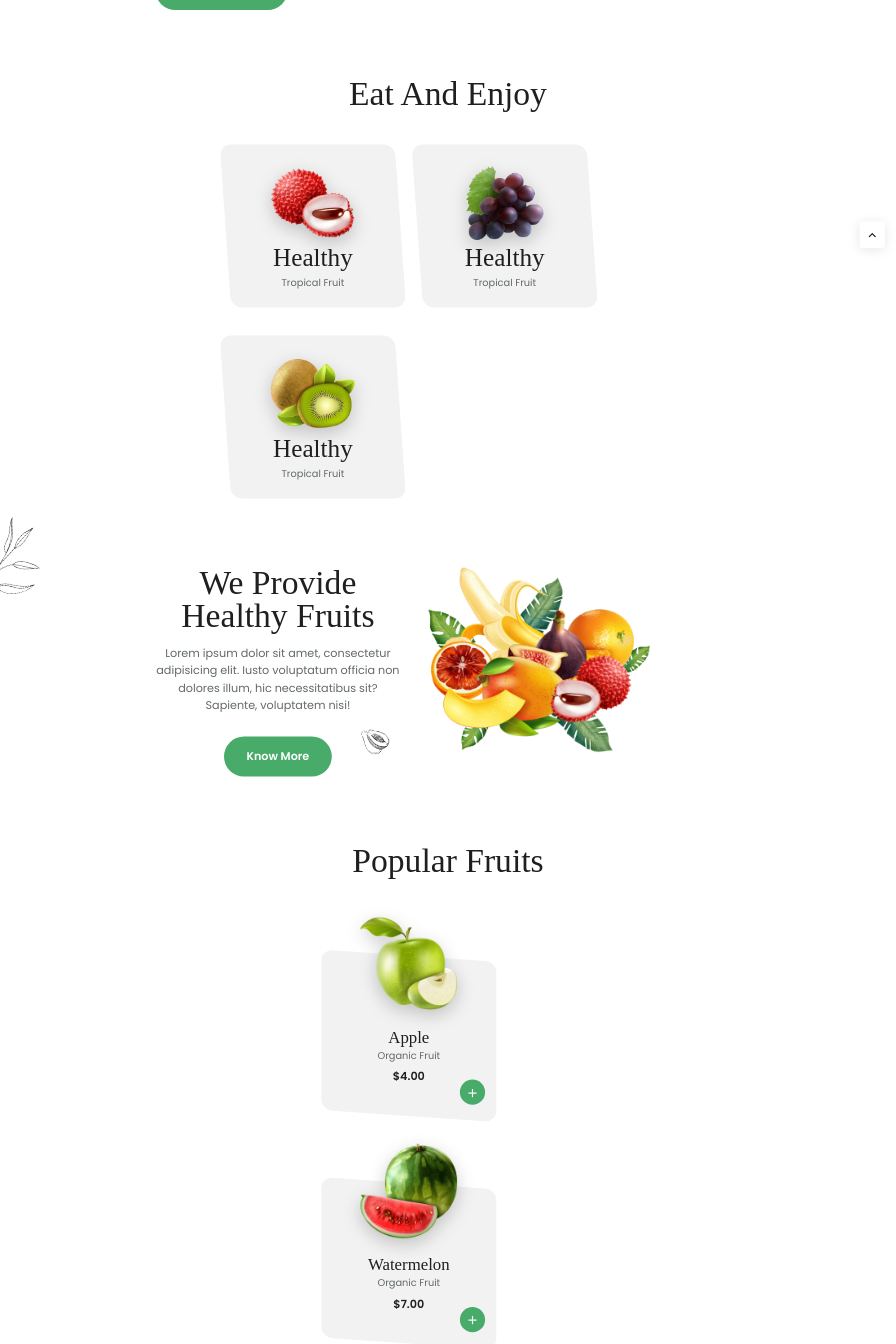
Repository: dinhhaidh/fruit
Page: index.html
An editor plug-in stored every save of this project. The page is shown before and after the next save, followed by the edit.
The browser window is 1280 px wide. The pictures show the part of the page from y = 725 to 2645 px (the page is 5044 px tall), at 70% of full size.
Some web fonts or font styles are not loaded; a fallback is used.

Above is the page before, as saved 2024-02-19 16:30:42.
Console error: ReferenceError: ScrollReveal is not defined

After the next save:
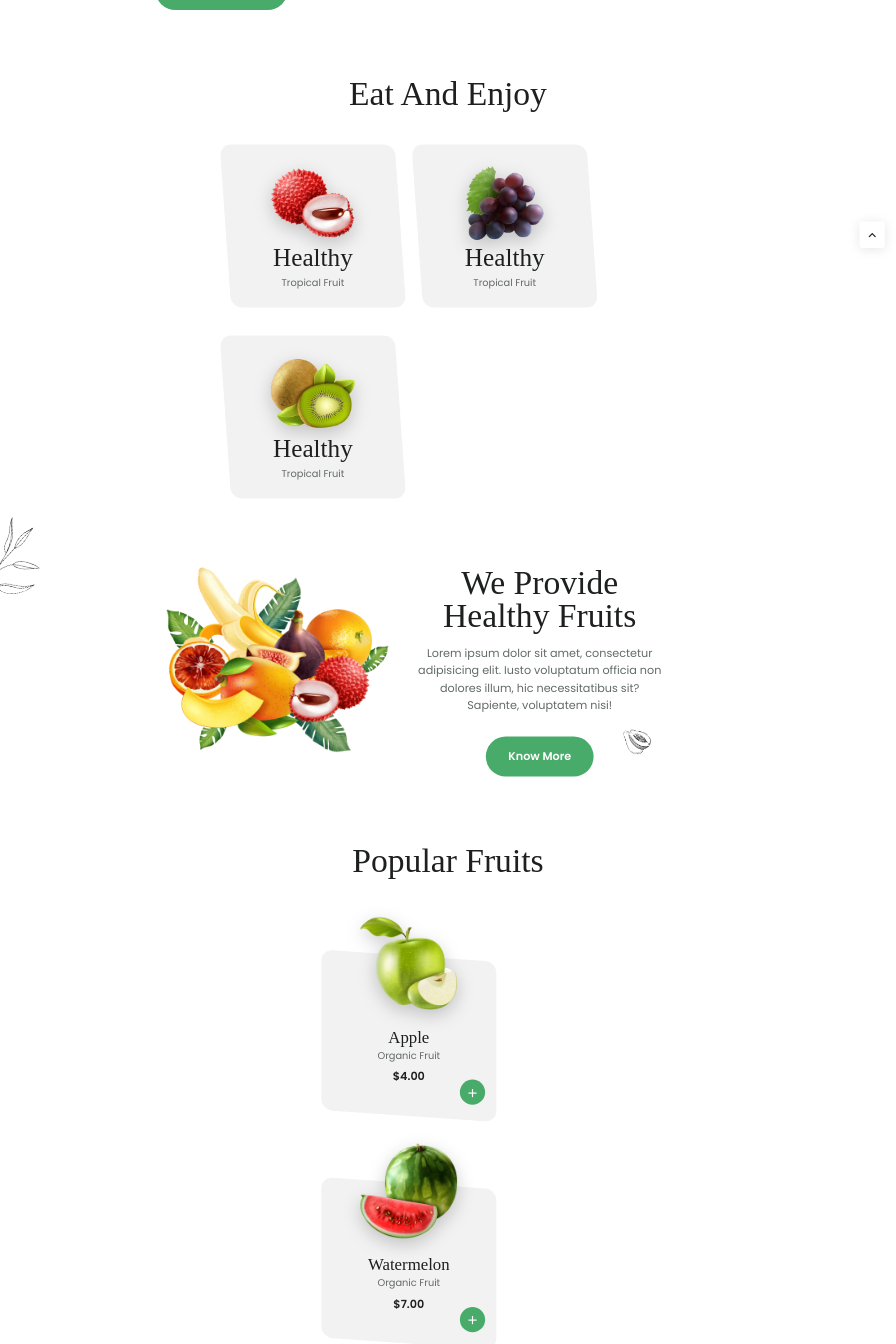
Saved 5 s later.
--- a/css/style.css
+++ b/css/style.css
@@ -718,7 +718,7 @@ img {
         grid-template-columns: repeat(2, 250px);
     }
     .about__img {
-
+        order: -1;
     }
 }
 
